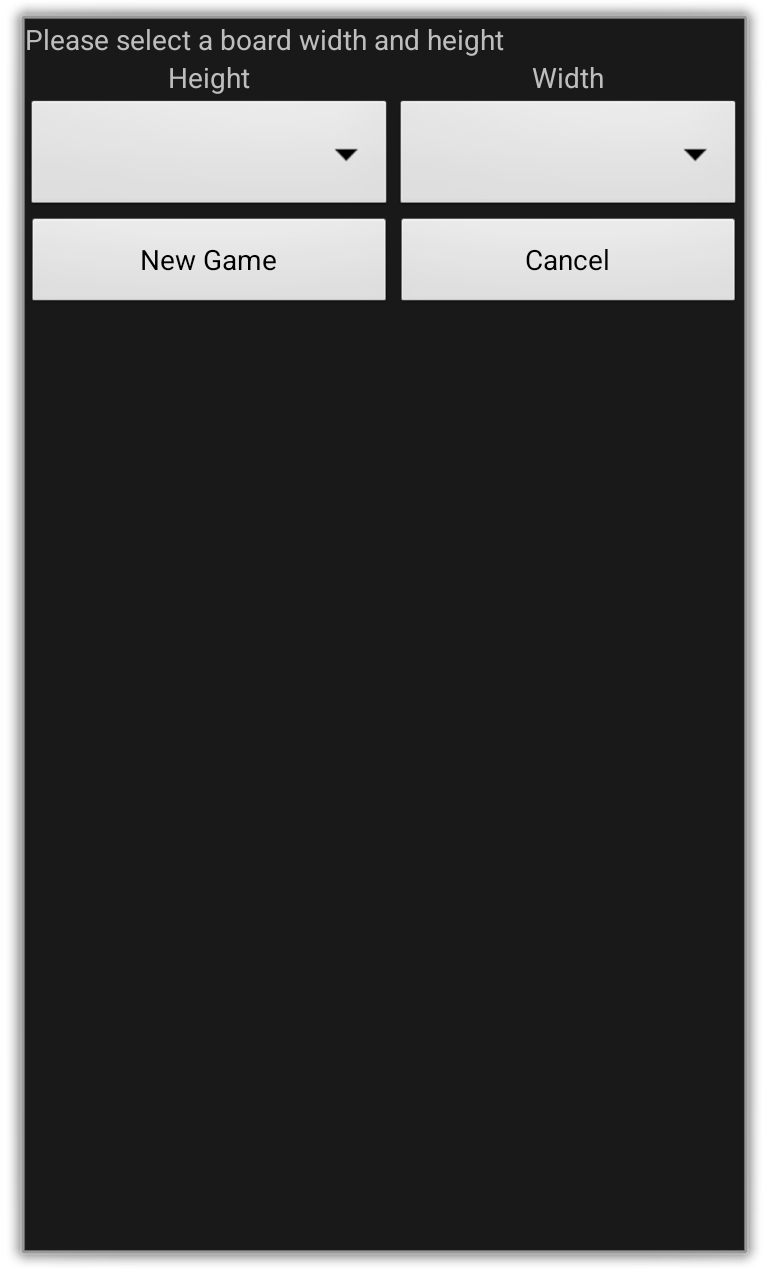
Repository: rickydalziel/project
Layout: Numbersorter/res/layout/new_game_dialog.xml
These files come from the project's save history. The layout is drawn as it stood at one moment and after the next save; the edit follows.
It is drawn on a 768 x 1280 px phone screen (xhdpi) without system bars, with theme android:Theme.Dialog; the app's code is not run.

Above is the layout before, as saved 2013-02-14 11:41:46.

After the next save:
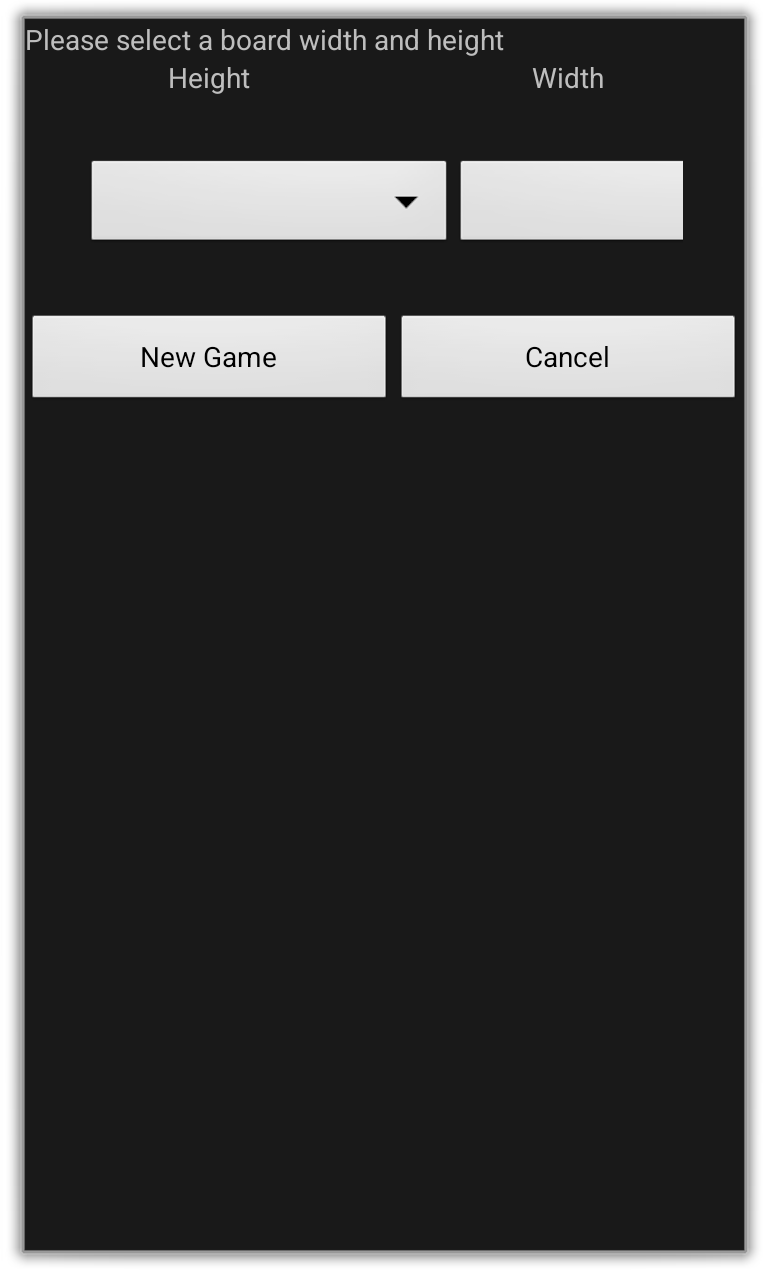
Saved 113 s later.
--- a/Numbersorter/res/layout/new_game_dialog.xml
+++ b/Numbersorter/res/layout/new_game_dialog.xml
@@ -24,6 +24,7 @@
 	      <TableRow>
 
 		        <TextView
+
 				    android:id="@+id/heighttext"
 				    android:layout_width="fill_parent"
 				  	android:layout_height="wrap_content"
@@ -41,19 +42,20 @@
 
 		    </TableRow>
 
-	        <TableRow>
+	        <TableRow
+	            android:padding="30dp">
 
 
 
 				<Spinner
-				    android:padding="30dp"
+
 				    android:id="@+id/heightspinner"
 				    android:layout_width="fill_parent"
 				  	android:layout_height="wrap_content"
 				  	android:drawSelectorOnTop="true" />
 
 				<Spinner
-				    android:padding="30dp"
+
 				    android:id="@+id/widthspinner"
 				    android:layout_width="fill_parent"
 				  	android:layout_height="wrap_content"
